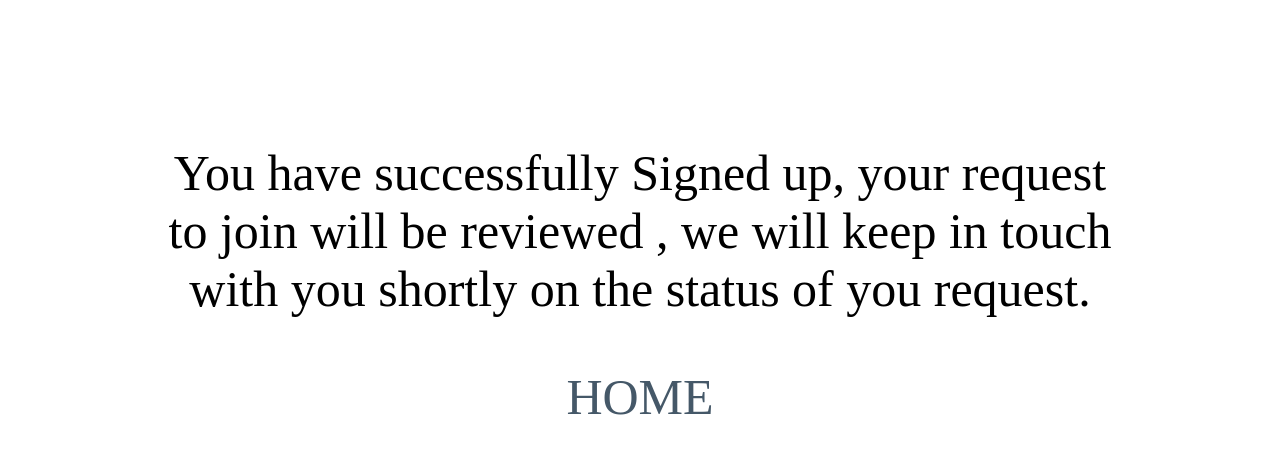
Repository: lorna-k/Workspace
Page: Alumni/Alumni-2/WebContent/signedup.html
These files come from the project's save history. The page is drawn as it stood at one moment and after the next save; the edit follows.
The browser window is 1280 px wide. The pictures show the whole page.

Above is the page before, as saved 2016-09-15 08:46:56.

### Alumni/Alumni-2/WebContent/signedup.html
<!DOCTYPE html>
<html>
<head>
<meta charset="ISO-8859-1">
<title>Insert title here</title>
</head>

<style>
	a
	{
		text-decoration: none;
		color:#455868;
	}
	a:hover
	{
		color:blue;
	}

</style>
<body>
	<div  style="font-size:50px; font-family:Arial #455868;margin:20vh" align="center">

		You have successfully Signed up,
		your request to join will be reviewed
		, we will keep in touch with you shortly on the status
		of you request.




		<p><a href="index.html">HOME</a></p>
	</div>
</body>
</html>

After the next save:
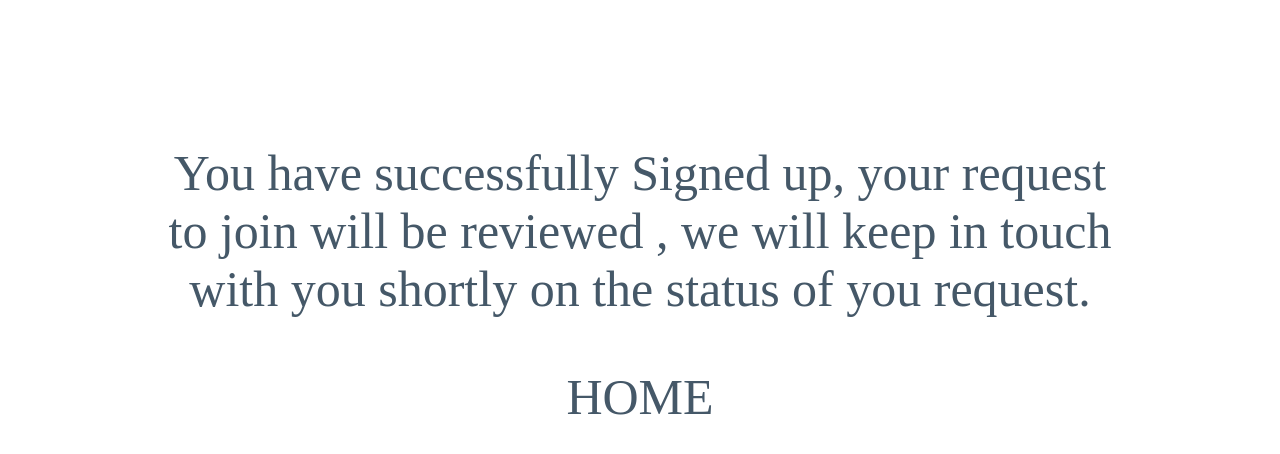
Saved 10 s later.
--- a/Alumni/Alumni-2/WebContent/signedup.html
+++ b/Alumni/Alumni-2/WebContent/signedup.html
@@ -18,7 +18,7 @@
 
 </style>
 <body>
-	<div  style="font-size:50px; font-family:Arial #455868;margin:20vh" align="center">
+	<div  style="font-size:50px; font-family:Arial #455868;margin:20vh;color:#455868;" align="center">
 
 		You have successfully Signed up,
 		your request to join will be reviewed
